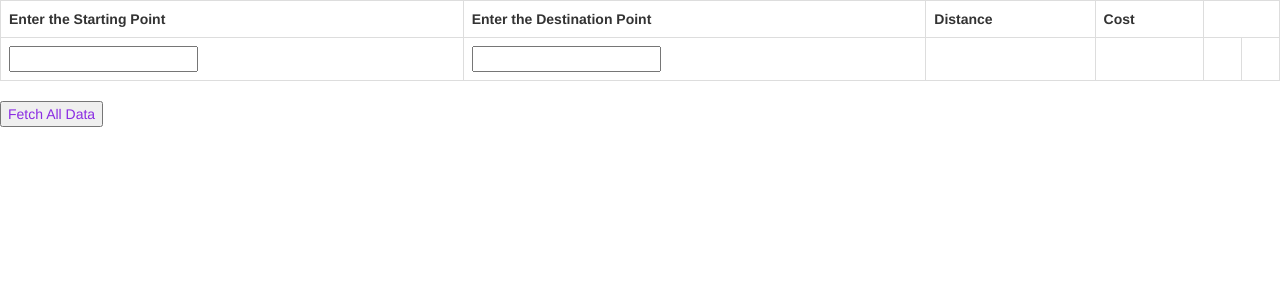
Repository: Gundeep-repos/407ETR_Assignment
Page: http://localhost/407ETR_Gundeep_Singh_assignment/
An editor plug-in stored every save of this project. The page is shown before and after the next save, followed by the edit.
The browser window is 1280 px wide. The pictures show the whole page.
The page is served by Tomcat 9. Other server files are loaded and not shown.

Above is the page before, as saved 2021-07-04 18:08:58.

### 407ETR_Gundeep_Singh_assignment/WebContent/index.jsp
<%@ page language="java" contentType="text/html; charset=ISO-8859-1" pageEncoding="ISO-8859-1"%>
<!DOCTYPE html PUBLIC "-//W3C//DTD HTML 4.01 Transitional//EN" "http://www.w3.org/TR/html4/loose.dtd">
<html>
<head>

<link href="css/bootstrap.css" rel="stylesheet" type="text/css"/>
<script src="jquery-1.12.2.min.js" type="text/javascript"></script>
<script src="js/bootstrap.js" type="text/javascript"></script>

<meta http-equiv="Content-Type" content="text/html; charset=ISO-8859-1">
<title>Insert title here</title>
<script>


function fetchCD(){


	var startingReference = document.getElementById("startingPoint").value;
	var destinationReference = document.getElementById("destinationPoint").value;
	var xhr = new XMLHttpRequest;


    // CORS Policy, should allow OPTIONS
    // AJAX uses OPTIONS instead of GET, POST which are enabled by default

    xhr.open("GET", "./ServiceClass?start="+startingReference+"&end="+destinationReference, true);

    // xhr.setRequestHeader('Access-Control-Allow-Origin','*');
    // xhr.setRequestHeader('Access-Control-Allow-Methods', 'OPTIONS');
    // xhr.setRequestHeader('Access-Control-Allow-Credentials', 'true');

    //for response receiving
    xhr.onreadystatechange = function ()
    {

    	if(xhr.readyState == 4 && xhr.status == 200){
    		var res = xhr.responseText.trim();

                console.log(res);

                var mainObj = JSON.parse(res);

                if(mainObj["status"] == "null"){
                	alert("Start Destination and End Destination should have some value");
                }else if(mainObj["status"] == "fail"){
                	alert("Incorrect Spellings for either Start/ End Destination");
                }else if(mainObj["status"] == "success"){
                	document.getElementById("distance").innerHTML=mainObj["tripDistance"]+" kms";
                    document.getElementById("cost").innerHTML=mainObj["costOfTrip"]+" CAD";
                }


    	}

    };

    	xhr.send("Sent dete");

}



</script>
</head>
<body>

<div style="center">
<table class="table table-bordered">
<tr>
<th>Enter the Starting Point</th>
<th>Enter the Destination Point</th>
<th>Distance</th>
<th>Cost</th>
</tr>
<tr>
<td><input type="text" id="startingPoint"/></td>
<td><input type="text" id="destinationPoint"/></td>
<td id = "distance"><td>
<td id = "cost"><td>
</tr>
</table>
</div>
<button style="color: blueviolet" onclick="fetchCD()">Fetch All Data</button>
</body>
</html>

Loaded but not shown: 407ETR_Gundeep_Singh_assignment/WebContent/css/bootstrap.css (library); 407ETR_Gundeep_Singh_assignment/WebContent/jquery-1.12.2.min.js (library); 407ETR_Gundeep_Singh_assignment/WebContent/js/bootstrap.js (library)

After the next save:
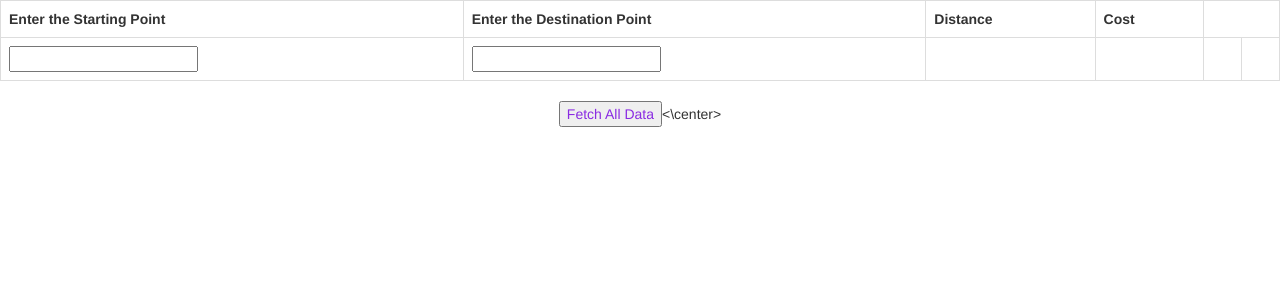
Saved 15 s later.
--- a/407ETR_Gundeep_Singh_assignment/WebContent/index.jsp
+++ b/407ETR_Gundeep_Singh_assignment/WebContent/index.jsp
@@ -80,6 +80,6 @@ function fetchCD(){
 </tr>
 </table>
 </div>
-<button style="color: blueviolet" onclick="fetchCD()">Fetch All Data</button>
+<center><button style="color: blueviolet" onclick="fetchCD()">Fetch All Data</button><\center>
 </body>
 </html>
